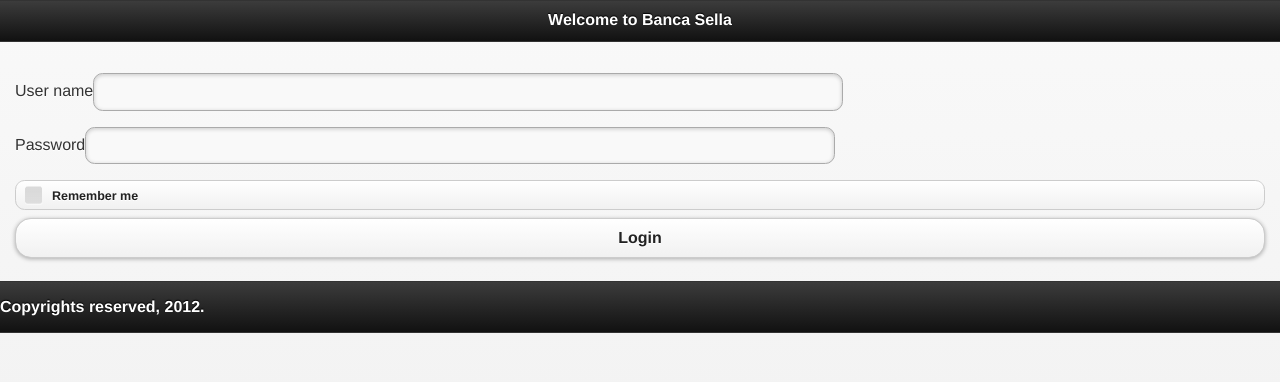
Repository: ravinforu/HTML5_CSS3_JS_Frameworks_Jul_2012-1
Page: Day03/WebContent/lab07.html
These files come from the project's save history. The page is drawn as it stood at one moment and after the next save; the edit follows.
The browser window is 1280 px wide. The pictures show the whole page.

Above is the page before, as saved 2012-07-27 04:55:22.

After the next save:
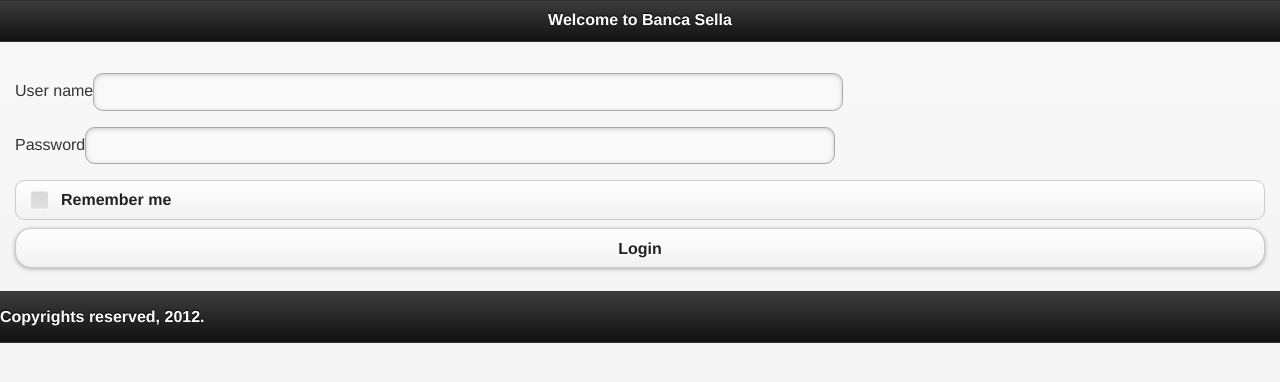
Saved 14 s later.
--- a/Day03/WebContent/lab07.html
+++ b/Day03/WebContent/lab07.html
@@ -44,7 +44,7 @@
 				<label>Password</label> <input type="password" id="passwordText">
 			</div>
 			<div data-role="controlgroup">
-				<input data-type="horizontal"  data-mini="true" type="checkbox" id="rememberChk">
+				<input type="checkbox" id="rememberChk">
 				<label for="rememberChk">Remember me</label>
 			</div>
 			<div data-role="button" id="loginBtn">Login</div>

After the save that followed:
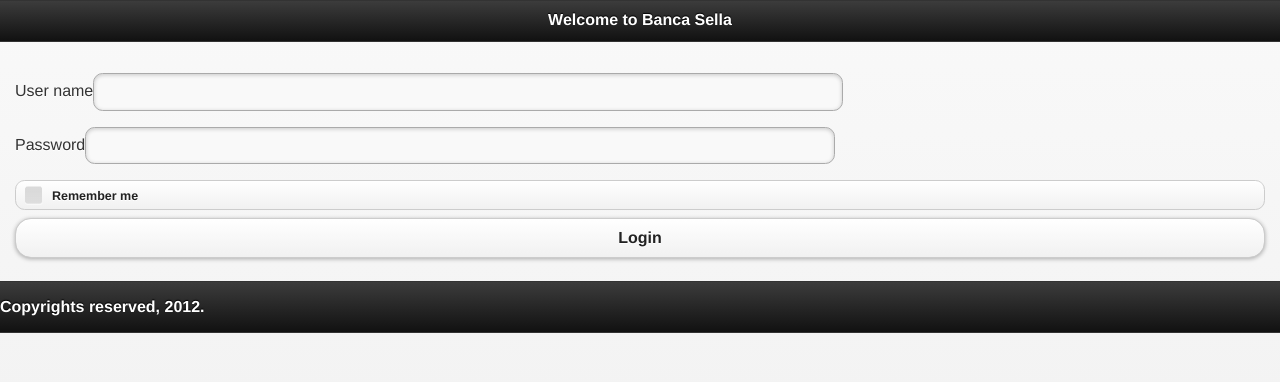
Saved 12 s later.
--- a/Day03/WebContent/lab07.html
+++ b/Day03/WebContent/lab07.html
@@ -44,7 +44,7 @@
 				<label>Password</label> <input type="password" id="passwordText">
 			</div>
 			<div data-role="controlgroup">
-				<input type="checkbox" id="rememberChk">
+				<input data-type="horizontal"  data-mini="true" type="checkbox" id="rememberChk">
 				<label for="rememberChk">Remember me</label>
 			</div>
 			<div data-role="button" id="loginBtn">Login</div>
